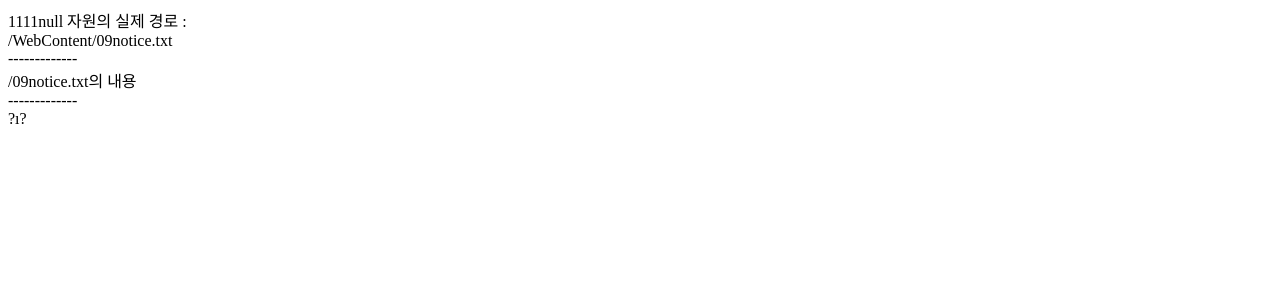
Repository: eParkjongtaek/lovedisket
Page: http://localhost/KH18_1/0906/0906_2/10readResourceUsingApplication.jsp
These files come from the project's save history. The page is drawn as it stood at one moment and after the next save; the edit follows.
The browser window is 1280 px wide. The pictures show the whole page.
The page is served by Tomcat 9.

Above is the page before, as saved 2017-09-06 03:28:08.

After the next save:
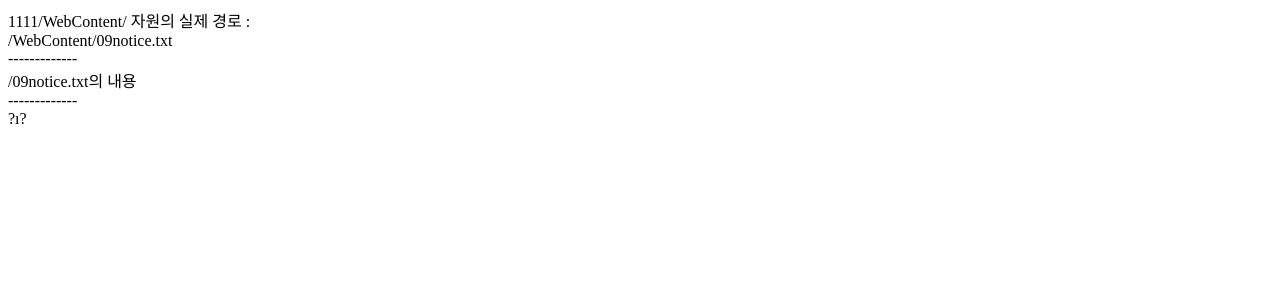
Saved 38 s later.
--- a/source/KH18_1/WebContent/0906/0906_2/10readResourceUsingApplication.jsp
+++ b/source/KH18_1/WebContent/0906/0906_2/10readResourceUsingApplication.jsp
@@ -6,7 +6,7 @@
 	<%
 		String resourcePath = "/09notice.txt";
 	%>
-	1111<%=request.getHeader("referer")%>
+	1111<%=request.getSession().getServletContext().getRealPath("/")%>
 	자원의 실제 경로 : <br>
 	<%=application.getRealPath(resourcePath) %>
 	<br>
